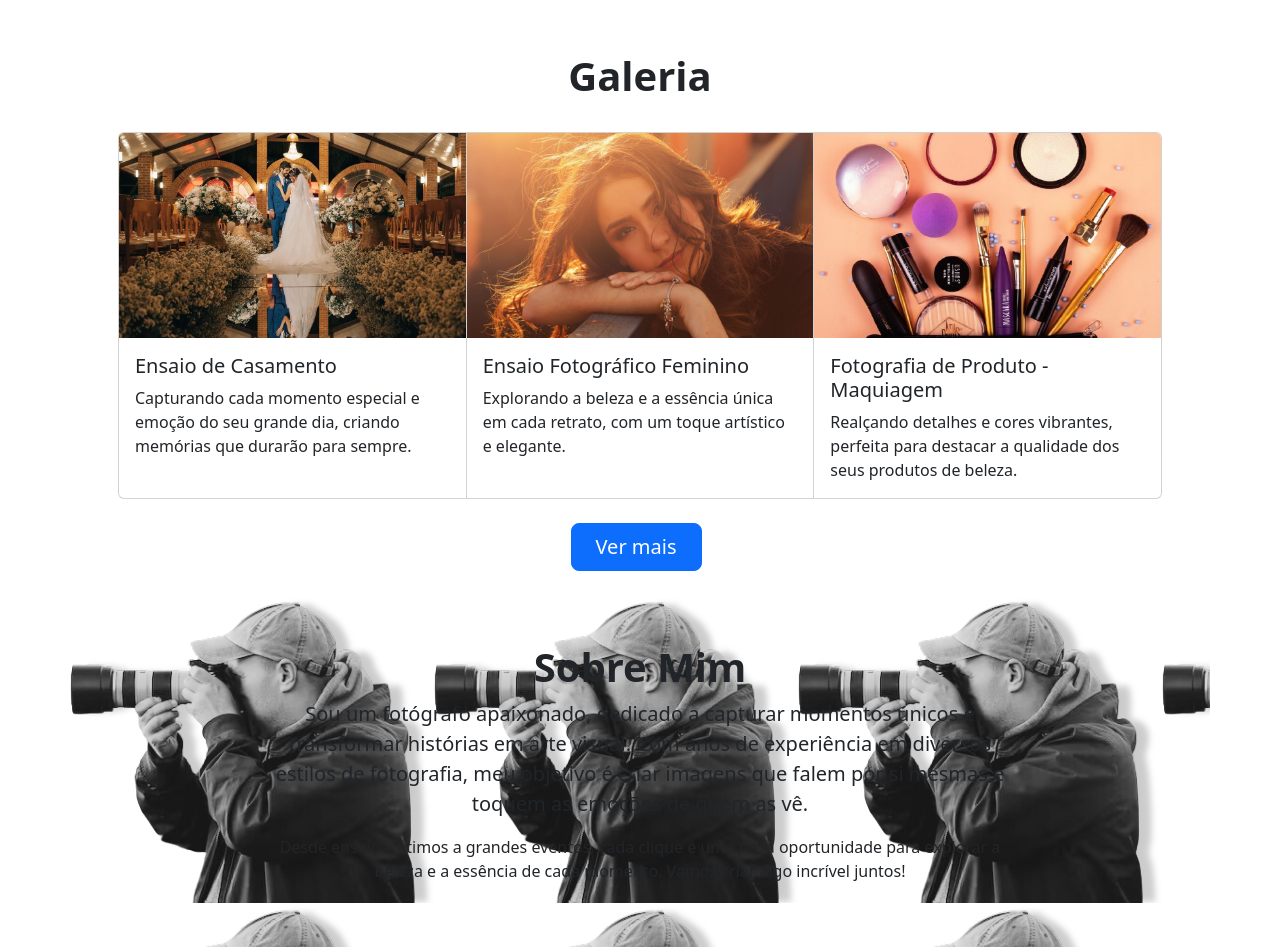
Repository: Marinalr-25/portifolio-fotografia
Page: index.html
These files come from the project's save history. The page is drawn as it stood at one moment and after the next save; the edit follows.
The browser window is 1280 px wide. The pictures show the part of the page from y = 556 to 1503 px (the page is 1503 px tall).
A picture or video elsewhere on the page could not be fetched, so the positions and the page height are approximate.

Above is the page before, as saved 2025-01-19 17:36:02.

After the next save:
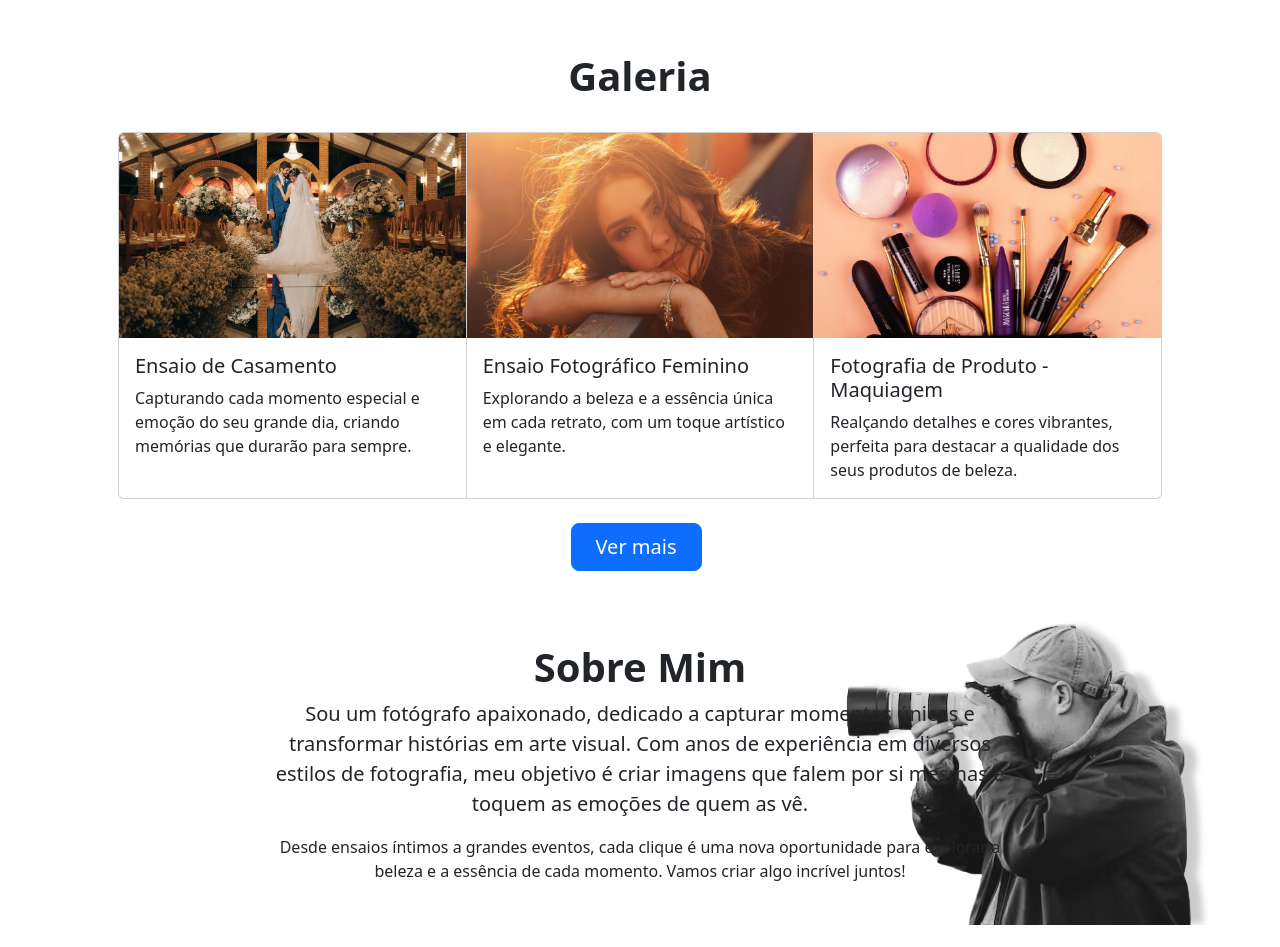
Saved 17 s later.
--- a/css/style.css
+++ b/css/style.css
@@ -106,4 +106,6 @@
 /* sobre mim */
 .fotografo {
   background-image: url(/src/fotografosombracortada.png);
+  background-position: right;
+  background-repeat: no-repeat;
 }
